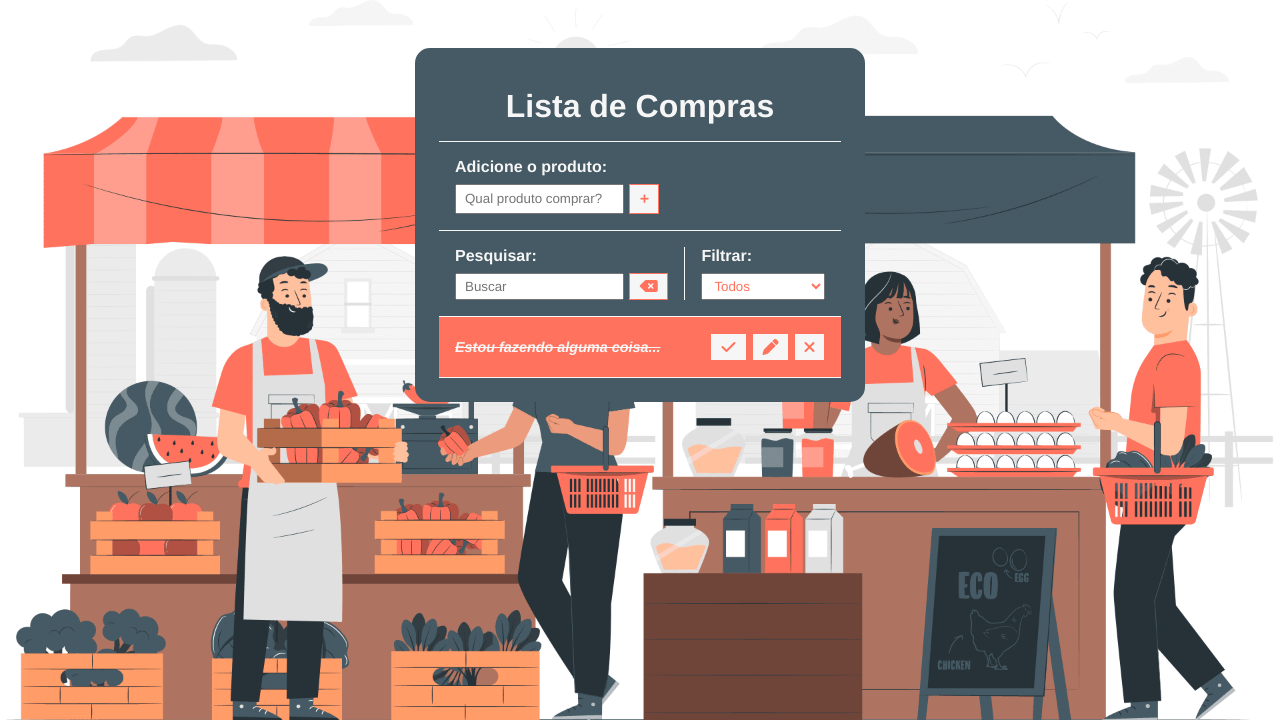
Repository: Dkrvalho/mercado
Page: index.html
The author's editor kept a copy of each file at every save. The page is drawn from the files as they stood at one save, then again after a run of saves.
The browser window is 1280 px wide. The pictures show the whole page.

Above is the page before, as saved 2023-01-09 15:21:53.

After the next 2 saves:
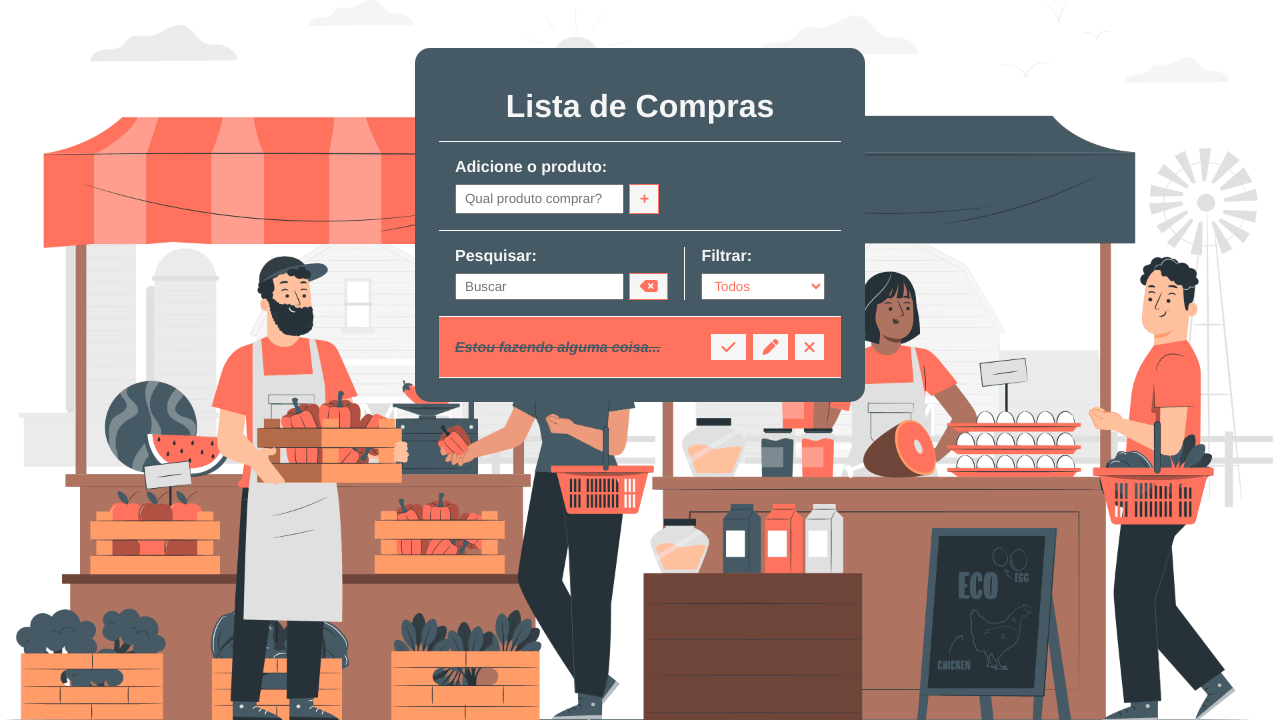
The 2 saves are shown as one change because they came seconds apart.
The last was saved 11 s later.
--- a/css/style.css
+++ b/css/style.css
@@ -158,7 +158,7 @@ input, select {
 }
 
 .done h3 {
-    color: #f6f6f6;
+    color: #455a64;
     text-decoration: line-through;
     font-style: italic;
 }
